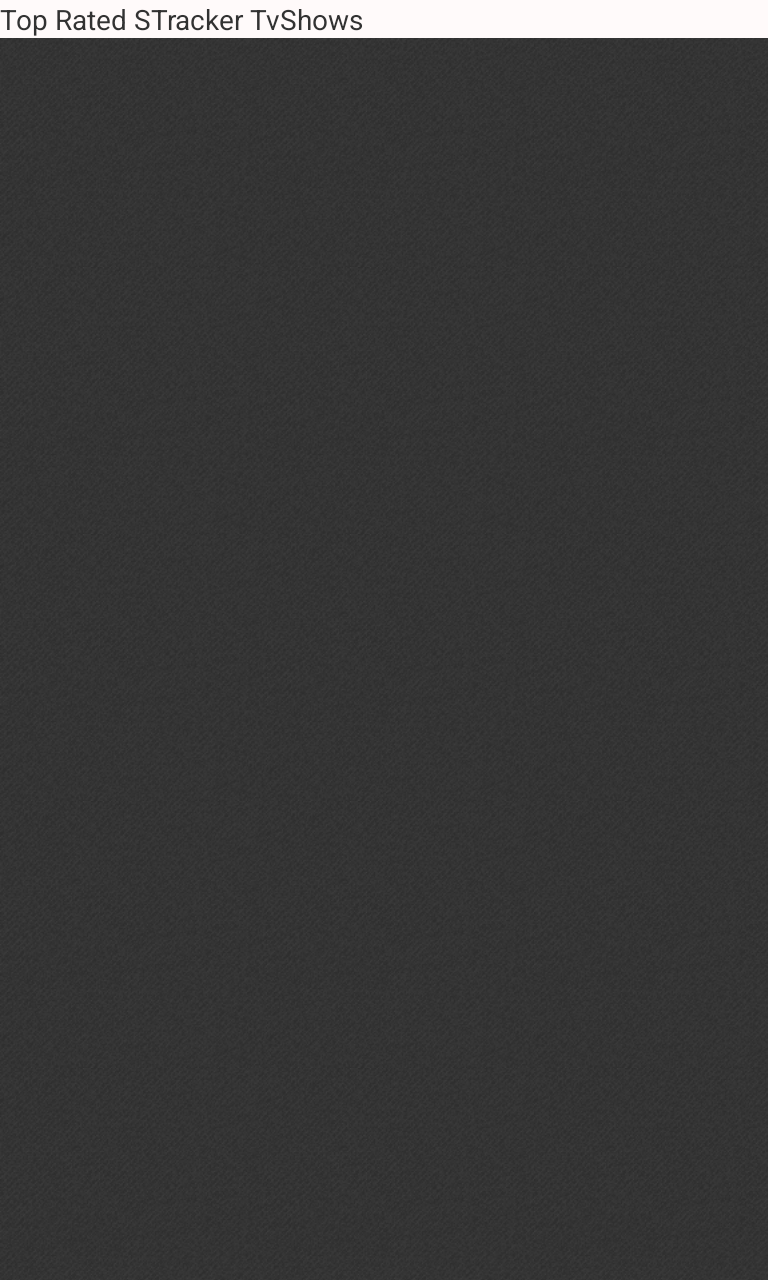
Repository: STracker/STrackerAndroid
Layout: STracker/res/layout/activity_main.xml
An editor plug-in stored every save of this project. The layout is shown before and after the next save, followed by the edit.
It is drawn on a 768 x 1280 px phone screen (xhdpi) without system bars, with theme AppTheme; the app's code is not run. Lists and similar views that code fills are empty.

Above is the layout before, as saved 2013-06-16 19:30:02.

After the next save:
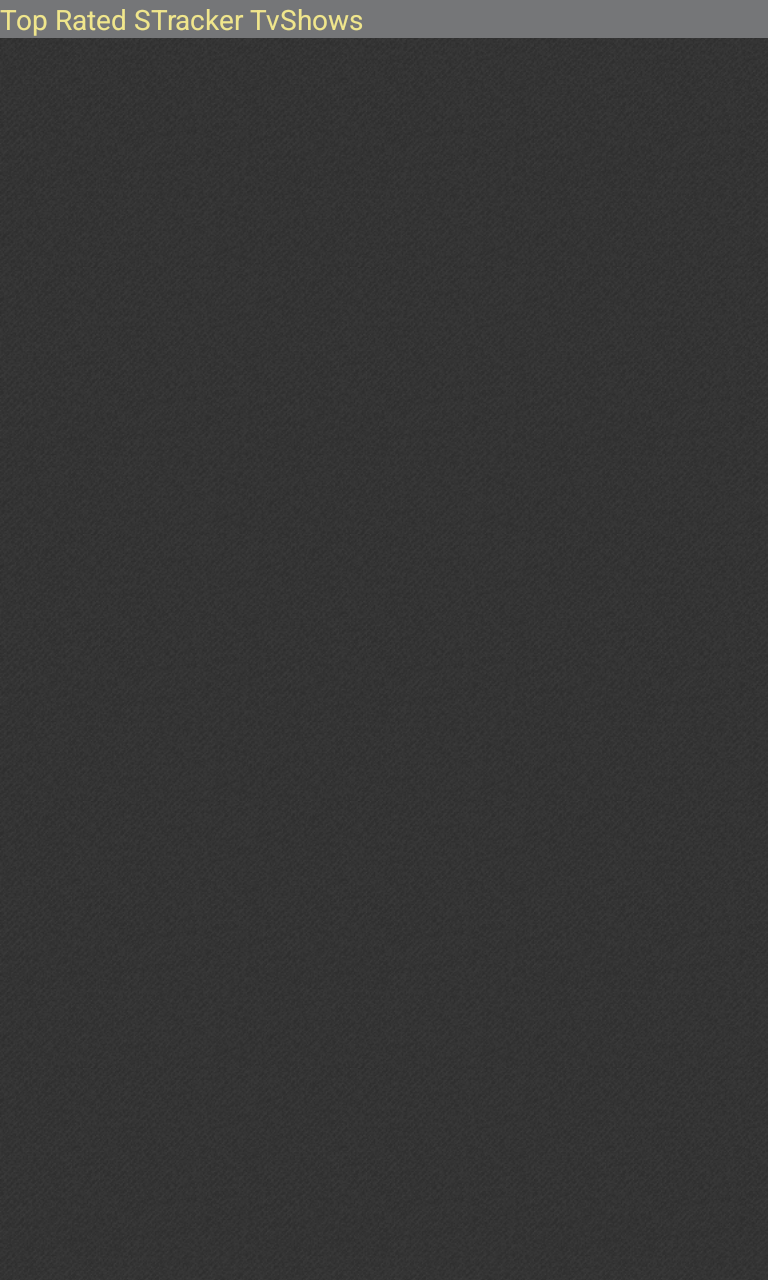
Saved 27 s later.
--- a/STracker/res/layout/activity_main.xml
+++ b/STracker/res/layout/activity_main.xml
@@ -8,7 +8,8 @@
     <TextView
         android:layout_width="match_parent"
         android:layout_height="wrap_content"
-        android:background="@color/Snow"
+        android:background="#757678"
+        android:textColor="@color/Khaki"
         android:text="@string/toprated_header" />
 
     <ListView
